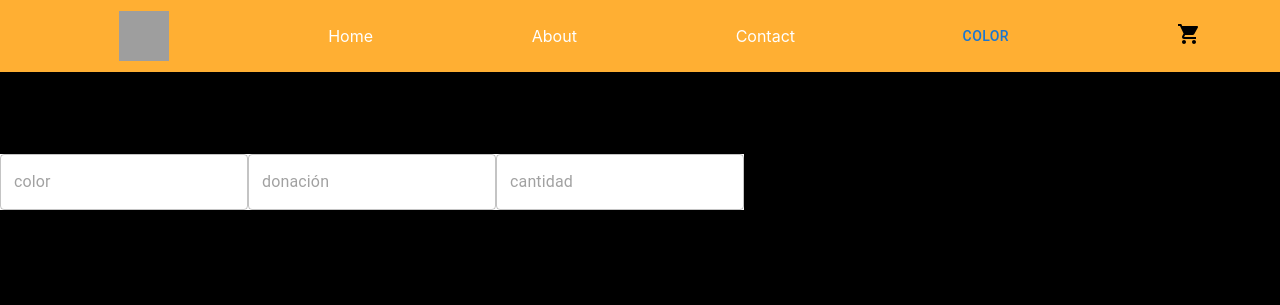
Repository: Toydrum/React-Hector-Coronado-EntregaFinal
Page: /shop
An editor plug-in stored every save of this project. The page is shown before and after the next save, followed by the edit.
The browser window is 1280 px wide. The pictures show the whole page.
Pictures or frames that could not be fetched are drawn as grey boxes. The project was rebuilt for these pictures with package versions that can differ from the ones it lists, and the page was loaded fresh each time. Also part of the build but not shown: vite.config.js, src/components/CardUser/CardUser.jsx, src/components/CardList/CardList.css, src/firebase/firebaseConfig.js, src/components/CardList/CardList.jsx, src/pages/HomePage/HomePage.jsx, src/pages/ContactPage/ContactPage.jsx, src/pages/AboutPage/AboutPage.jsx and 1 more.

Above is the page before, as saved 2023-07-16 17:45:54.

### src/App.jsx
//import React from "react";
import "./App.css";
import { BrowserRouter as Router, Routes, Route } from "react-router-dom";
//Components
import NavBar from "./components/Navbar/Navbar";
//import MenuColor from "./components/MenuColor/MenuColor";
//import CardUser from "./components/CardUser/CardUser";

//Pages
import HomePage from "./pages/HomePage/HomePage";
import ContactPage from "./pages/ContactPage/ContactPage";
import AboutPage from "./pages/AboutPage/AboutPage";
import DetailPage from "./pages/DetailPage/DetailPage";
import ShopPage from "./pages/ShopPage/ShopPage";

const App = () => {
  return (
    <Router>
      <div className="App">
        <NavBar />
        <Routes>
          <Route path="/" element={<HomePage />}></Route>
          <Route path="/About" element={<AboutPage />}></Route>
          <Route path="/Contact" element={<ContactPage />}></Route>
          <Route path="/detail/:id" element={<DetailPage />}></Route>
          <Route path="/shop" element={<ShopPage />}></Route>
        </Routes>
        <div className="Cards-Container"></div>
      </div>
    </Router>
  );
};

export default App;

### src/App.css
body{
  background-color: black;
}

.App {
  display: flex;
  flex-direction: column;
  justify-content: center;
}

.Cards-Container{
  display: flex;
  width: 100%;
  justify-content: center;
}

### src/components/Navbar/Navbar.jsx
import React from "react";
import "./Navbar.css";
import logo from "./cat-logo.svg";
import { Link } from "react-router-dom";
import CartWidget from "../CartWidget/CartWidget";
import MenuColor from "../MenuColor/MenuColor";

const NavBar = () => {
  return (
    <nav className="nav-container">
      <ul className="nav-ul">
        <img src={logo} alt="gatito" style={{ height: 50, width: 50 }} />
        <li className="li">
          <Link to="/" className="li">
            Home
          </Link>
        </li>
        <li className="li">
          <Link to="/about" className="li">
            About
          </Link>
        </li>
        <li className="li">
          <Link to="/contact" className="li">
            Contact
          </Link>
        </li>
        <li className="li">
          <MenuColor />
        </li>
        <li className="li">
          <Link to="/shop" className="li">
            <CartWidget className="li" />
          </Link>
        </li>
      </ul>
    </nav>
  );
};

export default NavBar;

### src/pages/ShopPage/ShopPage.jsx
import React from "react";
import TextField from "@mui/material/TextField";
import "./Styles.css";

const ShopPage = () => {
  return (
    <>
      <div className="caja">
        <h1>ShopPage</h1>
        <form>
          <TextField name="color" className="campo" placeholder="color" />
          <TextField name="donación" className="campo" placeholder="donación" />
          <TextField name="cantidad" className="campo" placeholder="cantidad" />
        </form>
      </div>
    </>
  );
};

export default ShopPage;

### src/components/Navbar/Navbar.css
.nav-container {
  background-color: #FFAF33;
  height: 10vh;
  display: flex;
  width: 100%;
  justify-content: space-around;
  align-items: center;
}

.nav-ul {
  display: flex;
  width: 100%;
  justify-content: space-around;
  align-items: center;
}

.li {
  color: white;
  list-style-type: none;
  text-decoration: none;
}

### src/components/CartWidget/CartWidget.jsx
import React from "react";
import ShoppingCartIcon from "@mui/icons-material/ShoppingCart";
import { Link } from "react-router-dom";

const CartWidget = () => {
  return (
    <div style={{ color: "black" }}>
      <ShoppingCartIcon />
    </div>
  );
};

export default CartWidget;

### src/components/MenuColor/MenuColor.jsx
import * as React from "react";
import Button from "@mui/material/Button";
import Menu from "@mui/material/Menu";
import MenuItem from "@mui/material/MenuItem";

const MenuColor = () => {
  const [anchorEl, setAnchorEl] = React.useState(null);
  const open = Boolean(anchorEl);
  const handleClick = (event) => {
    setAnchorEl(event.currentTarget);
  };
  const handleClose = () => {
    setAnchorEl(null);
  };

  return (
    <div>
      <Button
        id="demo-positioned-button"
        aria-controls={open ? "demo-positioned-menu" : undefined}
        aria-haspopup="true"
        aria-expanded={open ? "true" : undefined}
        onClick={handleClick}
      >
        Color
      </Button>
      <Menu
        id="demo-positioned-menu"
        aria-labelledby="demo-positioned-button"
        anchorEl={anchorEl}
        open={open}
        onClose={handleClose}
        anchorOrigin={{
          vertical: "top",
          horizontal: "left",
        }}
        transformOrigin={{
          vertical: "top",
          horizontal: "left",
        }}
      >
        <MenuItem onClick={handleClose}>Profile</MenuItem>
        <MenuItem onClick={handleClose}>My account</MenuItem>
        <MenuItem onClick={handleClose}>Logout</MenuItem>
      </Menu>
    </div>
  );
};

export default MenuColor;

### src/pages/ShopPage/Styles.css
.campo{
  display: flex;
  flex-flow: column;
  width: auto;
  background-color : white;
  color: black;

}

.caja{
  display: flex;
  flex-flow: column;
  justify-content: center;
  color:black;
}

Loaded but not shown: index.html (common file); src/main.jsx (common file); src/index.css (common file)

After the next save:
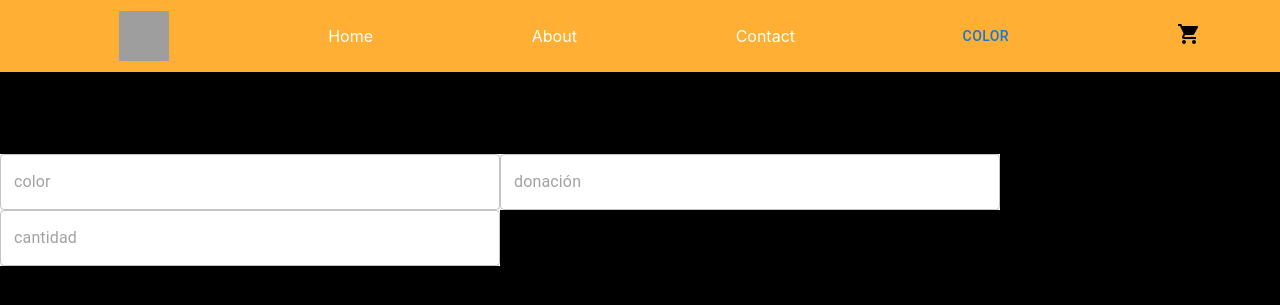
Saved 5 s later.
--- a/src/pages/ShopPage/Styles.css
+++ b/src/pages/ShopPage/Styles.css
@@ -1,7 +1,7 @@
 .campo{
   display: flex;
   flex-flow: column;
-  width: auto;
+  width: 500px;
   background-color : white;
   color: black;
 
